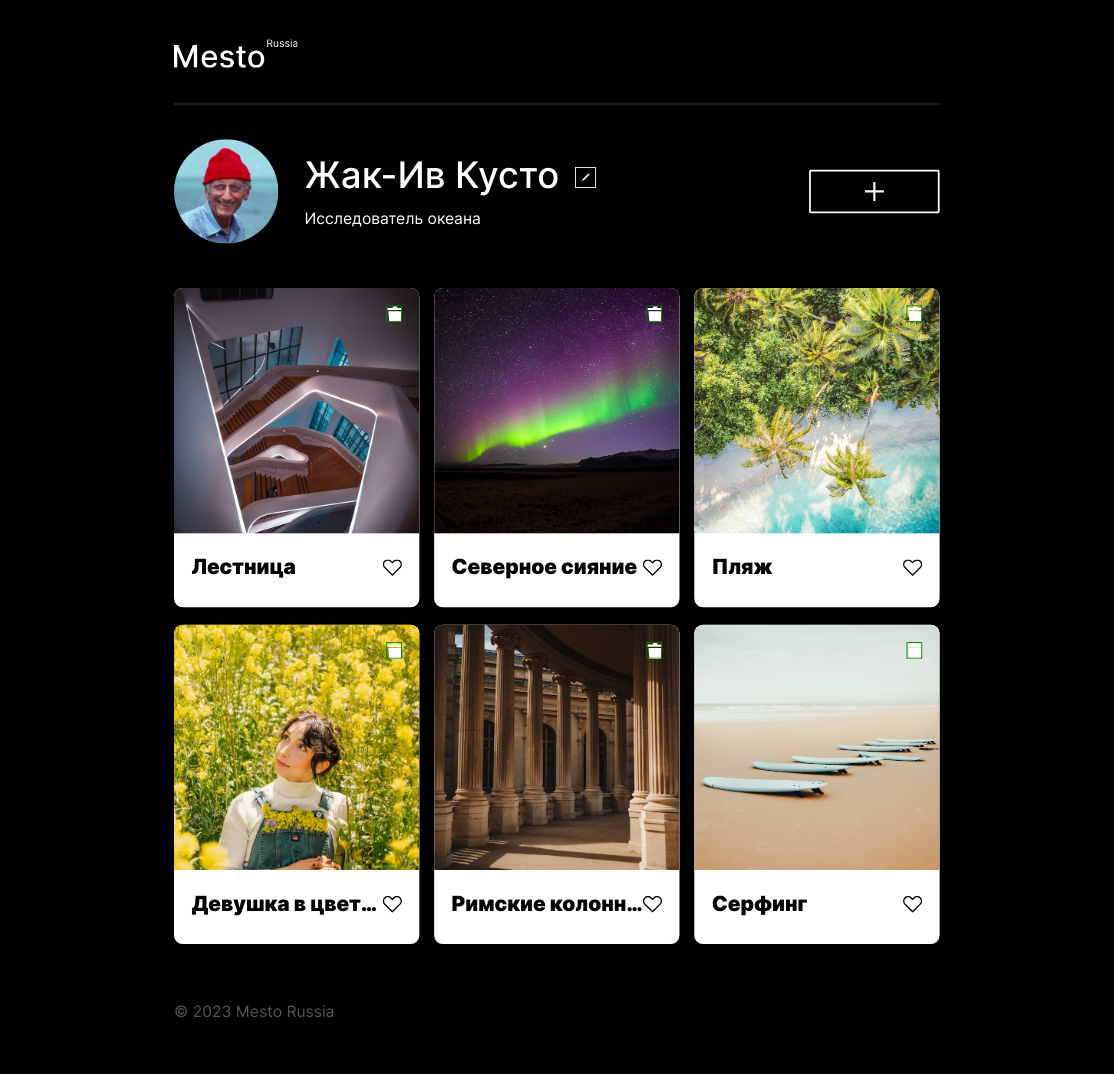
Repository: Dmitry-Rusinov/mesto
Page: index.html
An editor plug-in stored every save of this project. The page is shown before and after the next save, followed by the edit.
The browser window is 1280 px wide. The pictures show the whole page, at 87% of full size.

Above is the page before, as saved 2023-05-12 14:28:39.
Console error: TypeError: Cannot read properties of undefined (reading 'querySelector')

### index.html
<!DOCTYPE html>
<html lang="ru">
  <head>
    <meta charset="UTF-8" />
    <meta name="viewport" content="width=device-width, initial-scale=1.0" />
    <link rel="stylesheet" href="./pages/index.css" />
    <title>Третий проект Яндекс.Практикум "Место"</title>
  </head>
  <body class="page">
    <div class="content">
      <header class="header">
        <img
          src="./images/logo.svg"
          alt="Логотип проекта Место.Россия"
          class="header__logo"
        />
      </header>
      <main>
        <section class="profile">
          <img
            src="./images/image.jpg"
            alt="Фотография пользователя"
            class="profile__avatar"
          />
          <div class="profile__info">
            <h1 class="profile__info-title">Жак-Ив Кусто</h1>
            <button
              type="button"
              title="Кнопка редактирования профиля"
              class="profile__edit-button"
            ></button>
            <p class="profile__subtitle">Исследователь океана</p>
          </div>
          <button
            type="button"
            title="Кнопка добавления фото-карточки"
            class="profile__add-button"
          ></button>
        </section>
        <section class="elements">
          <ul class="elements__card">
            <li class="elements__card-content">
              <img
                src="./images/andrea-de-santis-Hu1ixxtInvs-unsplash.jpg"
                alt="Абстрактная многоярусная лестница"
                class="elements__picture"
              />
              <button type="button" title="Кнопка удаления карточки" class="elements__button-delete"></button>
              <div class="elements__description">
                <div class="elements__container">
                  <h2 class="elements__title">Лестница</h2>
                  <button
                    type="button"
                    title="Кнопка лайка картинки"
                    class="elements__button-like"
                  ></button>
                </div>
              </div>
            </li>
            <li class="elements__card-content">
              <img
                src="./images/david-becker-pEqvRg-o-PY-unsplash.jpg"
                alt="Северное сияние"
                class="elements__picture"
              />
              <button type="button" title="Кнопка удаления карточки" class="elements__button-delete"></button>
              <div class="elements__description">
                <div class="elements__container">
                  <h2 class="elements__title">Северное сияние</h2>
                  <button
                    type="button"
                    title="Кнопка лайка картинки"
                    class="elements__button-like"
                  ></button>
                </div>
              </div>
            </li>
            <li class="elements__card-content">
              <img
                src="./images/hamdhulla-shakeeb-S98UHzzXq_E-unsplash.jpg"
                alt="Пляж с пальмами и голубой водой"
                class="elements__picture"
              />
              <button type="button" title="Кнопка удаления карточки" class="elements__button-delete"></button>
              <div class="elements__description">
                <div class="elements__container">
                  <h2 class="elements__title">Пляж</h2>
                  <button
                    type="button"
                    title="Кнопка лайка картинки"
                    class="elements__button-like"
                  ></button>
                </div>
              </div>
            </li>
            <li class="elements__card-content">
              <img
                src="./images/josh-hild-znpfVkfxRgk-unsplash.jpg"
                alt="Девушка с удивленным взглядом в поле цветов"
                class="elements__picture"
              />
              <button type="button" title="Кнопка удаления карточки" class="elements__button-delete"></button>
              <div class="elements__description">
                <div class="elements__container">
                  <h2 class="elements__title">Девушка в цветах</h2>
                  <button
                    type="button"
                    title="Кнопка лайка картинки"
                    class="elements__button-like"
                  ></button>
                </div>
              </div>
            </li>
            <li class="elements__card-content">
              <img
                src="./images/mat-5DDrT2ioNuI-unsplash.jpg"
                alt="Римские колонны"
                class="elements__picture"
              />
              <button type="button" title="Кнопка удаления карточки" class="elements__button-delete"></button>
              <div class="elements__description">
                <div class="elements__container">
                  <h2 class="elements__title">Римские колонны</h2>
                  <button
                    type="button"
                    title="Кнопка лайка картинки"
                    class="elements__button-like"
                  ></button>
                </div>
              </div>
            </li>
            <li class="elements__card-content">
              <img
                src="./images/shana-van-roosbroek-nkS1Y4KsEAw-unsplash.jpg"
                alt="Доски для серфинга на пляже"
                class="elements__picture"
              />
              <button type="button" title="Кнопка удаления карточки" class="elements__button-delete"></button>
              <div class="elements__description">
                <div class="elements__container">
                  <h2 class="elements__title">Серфинг</h2>
                  <button
                    type="button"
                    title="Кнопка лайка картинки"
                    class="elements__button-like"
                  ></button>
                </div>
              </div>
            </li>
          </ul>
        </section>
      </main>
      <footer class="footer">
        <p class="footer__text">© 2023 Mesto Russia</p>
      </footer>
    </div>
    <div class="popup">
      <div class="popup__container">
        <button
          type="button"
          class="popup__closed"
          title="Кнопка закрытия формы"
        ></button>
        <h2 class="popup__title">Редактировать профиль</h2>
        <form name="form" class="popup__form">
          <fieldset class="popup__content">
            <input
              class="popup__input popup__input_user_name"
              type="text"
              id="user-name"
              placeholder="Как вас зовут?"
              minlength="1"
              maxlength="200"
              name="name"
            />
            <input
              class="popup__input popup__input_user_job"
              type="text"
              id="description"
              placeholder="Дополнитерьная информация"
              minlength="1"
              maxlength="400"
              name="job"
            />
          </fieldset>
          <button type="submit" class="popup__submit" value="eddit">
            Сохранить
          </button>
        </form>
      </div>
    </div>
    <script src="./scripts/index.js"></script>
  </body>
</html>

### pages/index.css
@import url(../vendor/normalize.css);
@import url(../vendor/fonts.css);
@import url(../blocks/page/page.css);
@import url(../blocks/content/content.css);

/*header*/
@import url(../blocks/header/header.css);
@import url(../blocks/header/__logo/header__logo.css);

/*profile*/
@import url(../blocks/profile/profile.css);
@import url(../blocks/profile/__add-button/profile__add-button.css);
@import url(../blocks/profile/__avatar/profile__avatar.css);
@import url(../blocks/profile/__edit-button/profile__edit-button.css);
@import url(../blocks/profile/__info/profile__info.css);
@import url(../blocks/profile/__info-title/profile__info-title.css);
@import url(../blocks/profile/__subtitle/profile__subtitle.css);

/*elements*/
@import url(../blocks/elements/elements.css);
@import url(../blocks/elements/__card/elements__card.css);
@import url(../blocks/elements/__button-like/elements__button-like.css);
@import url(../blocks/elements/__card-content/elements__card-content.css);
@import url(../blocks/elements/__container/elements__container.css);
@import url(../blocks/elements/__picture/elements__picture.css);
@import url(../blocks/elements/__title/elements__title.css);
@import url(../blocks/elements/__button-delete/elements__button-delete.css);

/*footer*/
@import url(../blocks/footer/footer.css);
@import url(../blocks/footer/__text/footer__text.css);

/*popup*/
@import url(../blocks/popup/popup.css);
@import url(../blocks/popup/__title/popup__title.css);
@import url(../blocks/popup/__submit/popup__submit.css);
@import url(../blocks/popup/_opened/popup_opened.css);
@import url(../blocks/popup/__input/popup__input.css);
@import url(../blocks/popup/__form/popup__form.css);
@import url(../blocks/popup/__content/popup__content.css);
@import url(../blocks/popup/__container/popup__container.css);
@import url(../blocks/popup/__closed/popup__closed.css);

### vendor/fonts.css
@font-face {
  font-family: 'Inter';
  font-style:  normal;
  font-weight: 400;
  font-display: swap;
  src: url("Inter-Regular.woff2?v=3.19") format("woff2"),
       url("Inter-Regular.woff?v=3.19") format("woff");
}
@font-face {
  font-family: 'Inter';
  font-style:  normal;
  font-weight: 500;
  font-display: swap;
  src: url("Inter-Medium.woff2?v=3.19") format("woff2"),
       url("Inter-Medium.woff?v=3.19") format("woff");
}
@font-face {
  font-family: 'Inter';
  font-style:  normal;
  font-weight: 900;
  font-display: swap;
  src: url("Inter-Black.woff2?v=3.19") format("woff2"),
       url("Inter-Black.woff?v=3.19") format("woff");
}

### blocks/page/page.css
.page {
  font-family: "Inter", Helvetica, Arial, sans-serif;
  background-color: #000000;
  -webkit-text-size-adjust: 100%;
  -ms-text-size-adjust: 100%;
  -moz-text-size-adjust: 100%;
  -webkit-font-smoothing: antialiased;
  -moz-osx-font-smoothing: grayscale;
  text-rendering: optimizeLegibility;
  margin: 0 auto;
  width: 100%;
}

### blocks/content/content.css
.content {
  max-width: calc(1280px - 2 * 200px);
  width: calc(100% - 2 * 200px);
  margin: 45px auto 60px;
  position: relative;
}

@media screen and (max-width: 1279px) {
  .content {
    max-width: calc(1279px - 2 * 15.6%);
    width: calc(100% - 2 * 15.6%);
  }
}

@media screen and (max-width: 768px) {
  .content {
    max-width: calc(768px - 2 * 6%);
    width: calc(100% - 2 * 6%);
    margin: 28px auto 36px;
  }
}

@media screen and (max-width: 320px) {
  .content {
    width: 100%;
  }
}

### blocks/header/header.css
.header {
  display: flex;
  flex-direction: column;
  justify-content: space-between;
  margin: 0;
  border-bottom: 1px solid rgba(84, 84, 84, 0.7);
}

### blocks/header/__logo/header__logo.css
.header__logo {
  object-fit: contain;
  margin-bottom: 41px;
  max-width: 142px;
}

@media screen and (max-width: 320px) {
  .header__logo {
    max-width: 103.74px;
    margin-bottom: 31.6px;
    margin-left: 27px;
  }
}

### blocks/profile/profile.css
.profile {
  display: flex;
  width: 100%;
  margin: 40px auto 0;
  align-items: center;
}
@media screen and (max-width: 980px) {
  .profile {
    flex-direction: column;
  }
}

### blocks/profile/__add-button/profile__add-button.css
.profile__add-button {
  background-image: url(../../../images/addBottonPlus.svg);
  width: 150px;
  height: 50px;
  background-repeat: no-repeat;
  background-position: center;
  background-color: transparent;
  border: 2px solid #ffffff;
  border-radius: 2px;
  box-sizing: border-box;
  cursor: pointer;
  align-self: center;
  margin-left: auto;
  transition: opacity 0.6s;
}

.profile__add-button:hover {
  opacity: 0.6;
}

@media screen and (max-width: 980px) {
  .profile__add-button {
    margin: auto;
    width: 330px;
  }
}

@media screen and (max-width: 425px) {
  .profile__add-button {
    width: 234px;
  }
}

@media screen and (max-width: 320px) {
  .profile__add-button {
    max-width: calc(320px - 2 * 19px);
    width: calc(100% - 2 * 19px);
    background-size: 16px;
  }
}

### blocks/profile/__avatar/profile__avatar.css
.profile__avatar {
  object-fit: cover;
  border-radius: 50%;
  width: 120px;
  height: 120px;
  margin-right: 30px;
  padding: 0;
}

@media screen and (max-width: 980px) {
  .profile__avatar {
    margin: 0 auto 26px;
  }
}

### blocks/profile/__edit-button/profile__edit-button.css
.profile__edit-button {
  border: 1px solid #ffffff;
  background-image: url(../../../images/edit-button.svg);
  height: 24px;
  width: 24px;
  background-color: transparent;
  background-position: center;
  cursor: pointer;
  transition: opacity 0.6s;
  box-sizing: border-box;
  padding: 0;
  background-repeat: no-repeat;
}

.profile__edit-button:hover {
  opacity: 0.6;
}

@media screen and (max-width: 425px) {
  .profile__edit-button {
    height: 18px;
    width: 18px;
    background-size: 8px;
  }
}

### blocks/profile/__info/profile__info.css
.profile__info {
  display: grid;
  grid-template-columns: 1fr 24px;
  column-gap: 18px;
  row-gap: 16px;
  align-items: baseline;
  box-sizing: border-box;
  max-width: 336px;
}

@media screen and (max-width: 980px) {
  .profile__info {
    margin: 0 auto 36px;
  }
}

@media screen and (max-width: 425px) {
  .profile__info {
    grid-template-columns: 1fr 18px;
    column-gap: 14px;
    row-gap: 10px;
  }
}

### blocks/profile/__info-title/profile__info-title.css
.profile__info-title {
  color: white;
  font-style: normal;
  font-weight: 500;
  font-size: 42px;
  line-height: 48px;
  margin: 0;
  padding: 0;
  text-overflow: ellipsis;
  white-space: nowrap;
  overflow: hidden;
  vertical-align: baseline;
}

@media screen and (max-width: 980px) {
  .profile__info-title {
    text-align: center;
  }
}

@media screen and (max-width: 425px) {
  .profile__info-title {
    font-size: 27px;
    line-height: 33px;
  }
}

### blocks/profile/__subtitle/profile__subtitle.css
.profile__subtitle {
  font-style: normal;
  font-weight: 400;
  font-size: 18px;
  line-height: 1.22;
  margin: 0;
  padding: 0;
  color: #ffffff;
  text-overflow: ellipsis;
  white-space: nowrap;
  overflow: hidden;
}

@media screen and (max-width: 980px) {
  .profile__subtitle {
    text-align: center;
    grid-column: 1 / 3;
  }
}

@media screen and (max-width: 425px) {
  .profile__subtitle {
    font-size: 14px;
    line-height: 17px;
  }
}

### blocks/elements/elements.css
.elements {
  margin: 51px auto 0;
}

@media screen and (max-width: 425px) {
  .elements {
    margin: 36px auto 0;
  }
}

### blocks/elements/__card/elements__card.css
.elements__card {
  list-style: none;
  display: grid;
  grid-template-columns: repeat(3, 1fr);
  column-gap: 17px;
  row-gap: 20px;
  margin: 0;
  padding: 0;
}

@media screen and (max-width: 1279px) {
  .elements__card {
    grid-template-columns: repeat(2, 1fr);
    max-width: max-content;
    margin: 0 auto;
  }
}

@media screen and (max-width: 980px) {
  .elements__card {
    grid-template-columns: 1fr;
  }
}

### blocks/elements/__button-like/elements__button-like.css
.elements__button-like {
  background-image: url(../../../images/botton-like.svg);
  width: 22px;
  height: 19px;
  border: 0;
  background-color: transparent;
  cursor: pointer;
  transition: opacity 0.6s;
}

.elements__button-like:hover {
  opacity: 0.5;
}

.elements__button-like:active {
  background-image: url(../../../images/button-like-active.svg);
  opacity: 1;
}

### blocks/elements/__card-content/elements__card-content.css
.elements__card-content {
  display: flex;
  position: relative;
  flex-direction: column;
  border-radius: 10px;
  margin: 0;
  padding: 0;
  overflow: hidden;
  background: #FFFFFF;
}

### blocks/elements/__container/elements__container.css
.elements__container {
  display: flex;
  justify-content: space-between;
  margin: 25px 20px 31px;
  align-items: center;
}

### blocks/elements/__picture/elements__picture.css
.elements__picture {
  height: 282px;
  width: 100%;
  object-fit: cover;
}

### blocks/elements/__title/elements__title.css
.elements__title {
  font-style: normal;
  font-weight: 900;
  font-size: 1.5em;
  line-height: 1.2;
  margin: 0;
  padding: 0;
  max-width: 220px;
  text-overflow: ellipsis;
  white-space: nowrap;
  overflow: hidden;
}

### blocks/elements/__button-delete/elements__button-delete.css
.elements__button-delete {
  position: absolute;
  background-image: url(../../../images/deleteCard-basket.svg);
  cursor: pointer;
  top: 20px;
  right: 20px;
  width: 18px;
  height: 19px;
  border: 1px solid green;
  background-color: transparent;
  background-repeat: no-repeat;
  transition: opacity 0.6s;
}

.elements__button-delete:hover {
  opacity: 0.6;
}

### blocks/footer/footer.css
.footer {
  max-width: 318px;
  margin-top: 67px;
  margin-right: auto;
}

@media screen and (max-width: 425px) {
  .footer {
    margin-top: 48px;
  }
}

### blocks/footer/__text/footer__text.css
.footer__text {
  font-style: normal;
  font-weight: 400;
  font-size: 18px;
  line-height: 22px;
  color: #545454;
  margin: 0;
  padding: 0;
}

@media screen and (max-width: 320px) {
  .footer__text {
    font-size: 14px;
    line-height: 17px;
    margin: 0 19px;
  }
}

### blocks/popup/popup.css
.popup {
  position: fixed;
  top: 0;
  left: 0;
  z-index: 5;
  width: 100%;
  height: 100%;
  display: none;
  background-color: rgba(0, 0, 0, 0.5);
  justify-content: center;
  align-items: center;
}

### blocks/popup/__title/popup__title.css
.popup__title {
  font-style: normal;
  font-weight: 900;
  font-size: 24px;
  line-height: 29px;
  margin: 0;
  padding: 0;
}

@media screen and (max-width: 768px) {
  .popup__title {
    font-size: 18px;
    line-height: 22px;
  }
}

### blocks/popup/__submit/popup__submit.css
.popup__submit {
  margin: 0;
  padding-top: 14px;
  padding-bottom: 14px;
  border-radius: 2px;
  background-color: #000000;
  color: #fff;
  width: 100%;
  font-style: normal;
  font-weight: 400;
  font-size: 18px;
  line-height: 22px;
  text-align: center;
  border: none;
  transition: .6s ease;
  cursor: pointer;
}

.popup__submit:hover {
  background-color: rgba(0, 0, 0, .8);
}

@media screen and (max-width: 768px) {
  .popup__submit {
    margin: 28px 0 0;
    font-size: 14px;
    line-height: 17px;
  }
}

### blocks/popup/__input/popup__input.css
.popup__input {
  border: none;
  border-bottom: 1px solid rgba(0, 0, 0, 0.2);
  padding: 13px 0 10px;
  margin: 0 0 17px;
  width: 100%;
  font-style: normal;
  font-weight: 400;
  font-size: 14px;
  line-height: 17px;
}

### blocks/popup/__form/popup__form.css
.popup__form {
  display: flex;
  flex-direction: column;
  box-sizing: border-box;
  margin-top: 35px;
}

@media screen and (max-width: 768px) {
  .popup__form {
    margin-top: 62px;
  }
}

### blocks/popup/__content/popup__content.css
.popup__content {
  padding: 0;
  margin: 0 0 31px;
  border: none;
  flex-direction: column;
}
@media screen and (max-width: 768px) {
  .popup__content {
    margin: 0;
  }
}

### blocks/popup/__container/popup__container.css
.popup__container {
  border-radius: 10px;
  background: #fff;
  width: 358px;
  position: relative;
  box-shadow: 0px 0px 25px rgba(0, 0, 0, 0.15);
  flex-direction: column;
  z-index: 5;
  padding: 34px 36px 37px;
}

@media screen and (max-width: 768px) {
  .popup__container {
    width: 238px;
    padding: 25px 22px;
  }
}

### blocks/popup/__closed/popup__closed.css
.popup__closed {
  position: absolute;
  top: -40px;
  right: -40px;
  transition: opacity 0.6s;
  cursor: pointer;
  background-image: url(../../../images/close-icon.svg);
  height: 32px;
  width: 32px;
  background-color: transparent;
  border: none;
}

.popup__closed:hover {
  opacity: 0.6;
}

@media screen and (max-width: 768px) {
  .popup__closed {
    top: -36px;
    right: 0;
    background-image: url(../../../images/close-icon-mini.svg);
    height: 20px;
    width: 20px;
  }
}

### scripts/index.js
const buttonPopupOpen = document.querySelector('.profile__edit-button');
const popup = document.querySelector('.popup');
const buttonPopupClosed = document.querySelector('.popup__closed');
let formElement = document.querySelector('.popup__form');
let nameInput = document.querySelector('.popup__input_user_name');
let jobInput = document.querySelector('.popup__input_user_job');
let newNameInput = document.querySelector('.profile__info-title');
let newJobInput = document.querySelector('.profile__subtitle');

const togglePopupState = (popupToToggle) => popupToToggle.classList.toggle('popup_opened');

buttonPopupOpen.addEventListener('click', () => {
  togglePopupState(popup);
  nameInput.value = newNameInput.textContent;
  jobInput.value = newJobInput.textContent;
});

buttonPopupClosed.addEventListener('click', () => togglePopupState(popup));
/*popup.addEventListener('click', (evt) => {
  if (evt.target === evt.currentTarget) {
    togglePopupState(popup)
  }
})*/

function handleFormSubmit (evt) {
    evt.preventDefault();
    newNameInput.textContent = nameInput.value;
    newJobInput.textContent = jobInput.value;
    togglePopupState(popup);
}
// Прикрепляем обработчик к форме:
// он будет следить за событием “submit” - «отправка»
formElement.addEventListener('submit', handleFormSubmit);

const elementsCard = document.querySelector('.elements__card');
const elementsCardContent = document.querySelector('.elements__card-content').content;
//const elementsPicture = document.querySelector('.elements__picture');
//const elementsTitle = document.querySelector('.elements__title');


const initialCards = [
  {
    name: 'Архыз',
    link: 'https://pictures.s3.yandex.net/frontend-developer/cards-compressed/arkhyz.jpg'
  },
  {
    name: 'Челябинская область',
    link: 'https://pictures.s3.yandex.net/frontend-developer/cards-compressed/chelyabinsk-oblast.jpg'
  },
  {
    name: 'Иваново',
    link: 'https://pictures.s3.yandex.net/frontend-developer/cards-compressed/ivanovo.jpg'
  },
  {
    name: 'Камчатка',
    link: 'https://pictures.s3.yandex.net/frontend-developer/cards-compressed/kamchatka.jpg'
  },
  {
    name: 'Холмогорский район',
    link: 'https://pictures.s3.yandex.net/frontend-developer/cards-compressed/kholmogorsky-rayon.jpg'
  },
  {
    name: 'Байкал',
    link: 'https://pictures.s3.yandex.net/frontend-developer/cards-compressed/baikal.jpg'
  }
];

const elementsInfo = initialCards.map((item) => {
  return {
    name: item.name,
    link: item.link
  };
});

function createCard({name, link}) {
  const changedElements = elementsCardContent.querySelector('.elements__card').cloneNode(true);
  changedElements.querySelector('.elements__title').textContent = name;
  changedElements.querySelector('.elements__picture').src = link;
  elementsCard.replaceWith(changedElements);
}

function create() {
  elementsInfo.forEach(createCard);
}

create();

Loaded but not shown: vendor/normalize.css (library); blocks/popup/_opened/popup_opened.css (common file)

After the next save:
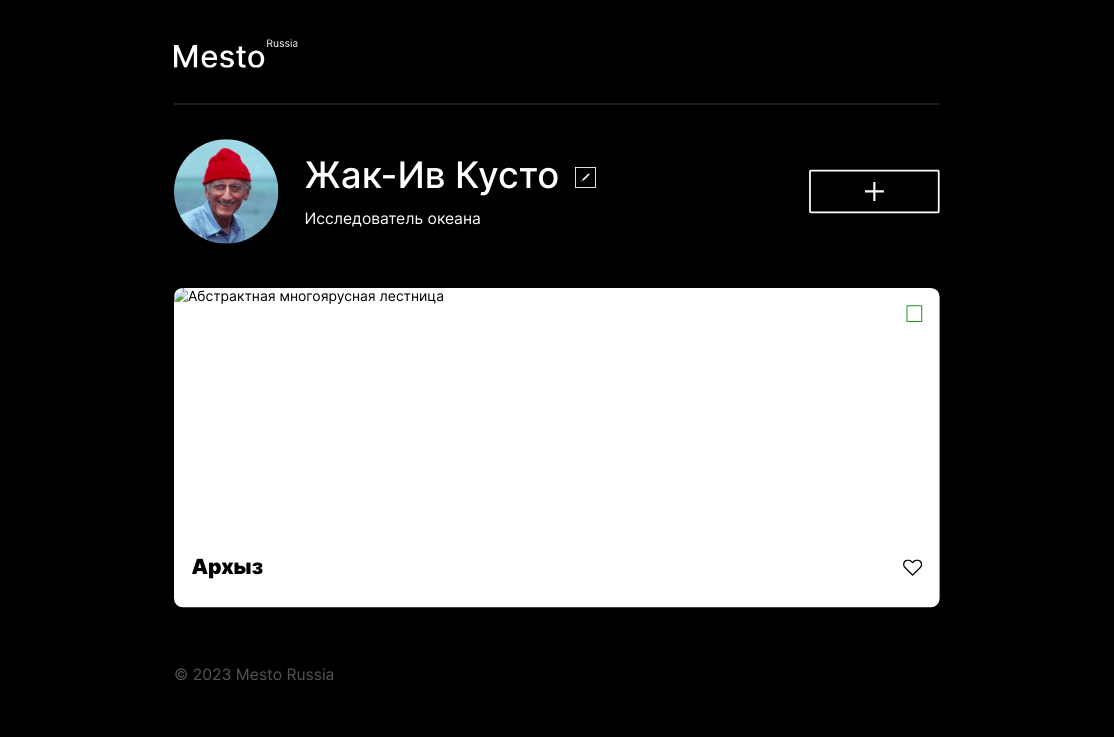
The error is gone.
Saved 80 s later.
--- a/scripts/index.js
+++ b/scripts/index.js
@@ -73,7 +73,7 @@ const elementsInfo = initialCards.map((item) => {
 });
 
 function createCard({name, link}) {
-  const changedElements = elementsCardContent.querySelector('.elements__card').cloneNode(true);
+  const changedElements = elementsCard.querySelector('.elements__card-content').cloneNode(true);
   changedElements.querySelector('.elements__title').textContent = name;
   changedElements.querySelector('.elements__picture').src = link;
   elementsCard.replaceWith(changedElements);
